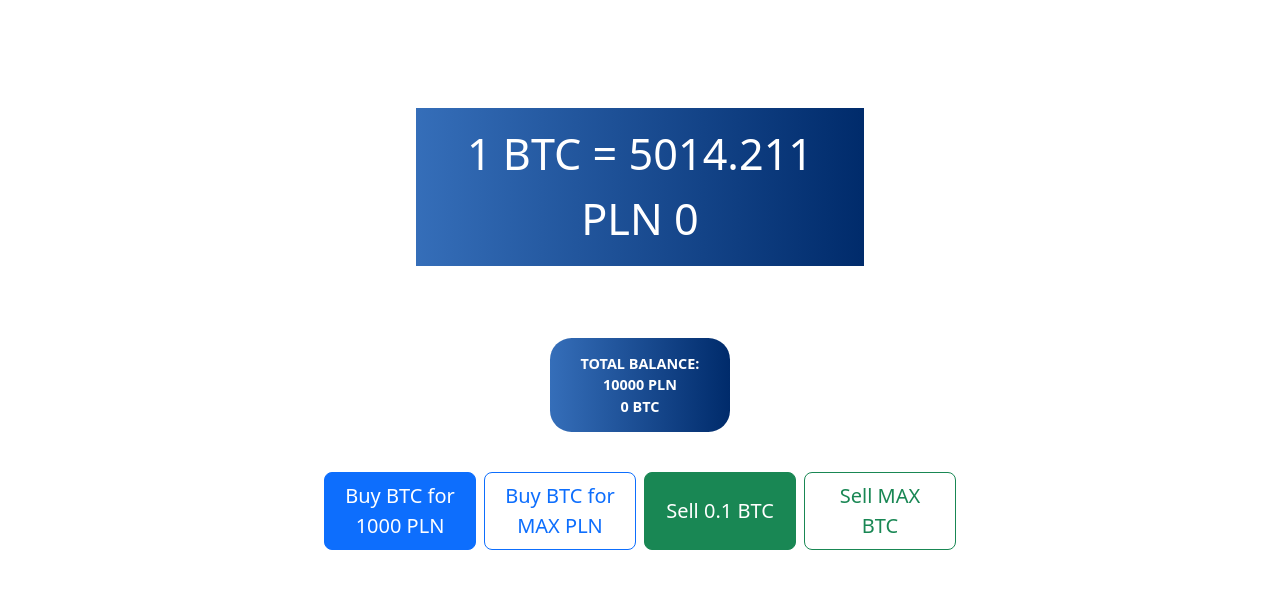
Repository: michalgornicki/bitcoin-virtual
Page: /
An editor plug-in stored every save of this project. The page is shown before and after the next save, followed by the edit.
The browser window is 1280 px wide. The pictures show the whole page.
The project was rebuilt for these pictures with package versions that can differ from the ones it lists, and the page was loaded fresh each time.

Above is the page before, as saved 2021-12-05 23:16:31.

### src/App.jsx
import React, { useState, useEffect } from "react";
import "./App.css";
import Button from "react-bootstrap/Button";
import "bootstrap/dist/css/bootstrap.min.css";

function App() {
  const [bitcoinPrice, setBitcoinPrice] = useState(5000);
  const [accountPLN, setAccountPLN] = useState(10000);
  const [accountBTC, setAccountBTC] = useState(0);
  const [change, setChange] = useState(5000);


  useEffect(() => {
    bitcoin();
    percent();
  }, []);

  const bitcoin = () => {
    let randomNumber = parseFloat((Math.random() * 20 - 10).toFixed(3));
    setBitcoinPrice((bitcoinPrice) =>
      parseFloat((bitcoinPrice + randomNumber).toFixed(3))
    );
    console.log(bitcoinPrice);
    setTimeout(bitcoin, 1000);
  };

  const percent = () => {
    setChange(change - bitcoinPrice);
    setTimeout(percent, 1000);
  }

  const buyBitcoin = () => {
    if (accountPLN >= 1000) {
      setAccountPLN(accountPLN - 1000);
      setAccountBTC((accountBTC) =>
        parseFloat((accountBTC + 1000 / bitcoinPrice).toFixed(6))
      );
      console.log(accountBTC);
    } else {
      setAccountPLN(0);
      setAccountBTC((accountBTC) =>
        parseFloat((accountBTC + accountPLN / bitcoinPrice).toFixed(6))
      );
    }
  };

  const buyMAXBitcoin = () => {
      setAccountPLN(0);
      setAccountBTC((accountBTC) =>
        parseFloat((accountBTC + accountPLN/bitcoinPrice).toFixed(6))
      );
      console.log(accountBTC);
  };

  const sellBitcoin = () => {
    if (accountBTC >= 0.1) {
      setAccountPLN(parseFloat((accountPLN + bitcoinPrice / 10).toFixed(6)));
      setAccountBTC((accountBTC) => parseFloat((accountBTC - 0.1).toFixed(6)));
      console.log(accountBTC);
    } else {
      setAccountPLN(
        parseFloat((accountPLN + bitcoinPrice * accountBTC).toFixed(6))
      );
      setAccountBTC((accountBTC) => parseFloat((0).toFixed(6)));
    }
  };

  const sellMAXBitcoin = () => {
      setAccountPLN(parseFloat((accountPLN + bitcoinPrice*accountBTC).toFixed(6)));
      setAccountBTC(0);
      console.log(accountBTC);
  };


  return (
    <div className="wrapper">
      <div className="price">1 BTC = {bitcoinPrice} PLN {change}</div>
      <div className="account-container">
        <div className="account">TOTAL BALANCE:</div>
        <div className="account">{accountPLN} PLN</div>
        <div className="account">{accountBTC} BTC</div>
      </div>

      <div className="button-container w-50 m-auto">
        <Button variant="primary m-1 btn-lg w-50" onClick={buyBitcoin}>
          Buy BTC for 1000 PLN
        </Button>
        <Button variant="outline-primary m-1 btn-lg w-50" onClick={buyMAXBitcoin}>
          Buy BTC for MAX PLN
        </Button>
        <Button variant="success m-1 btn-lg w-50" onClick={sellBitcoin}>
          Sell 0.1 BTC
        </Button>
        <Button variant="outline-success m-1 btn-lg w-50" onClick={sellMAXBitcoin}>
          Sell MAX BTC
        </Button>
      </div>
    </div>
  );
}

export default App;

### src/App.css

body{
    font-family:'Segoe UI', Tahoma, Geneva, Verdana, sans-serif;
    user-select: none;
}

.wrapper{
    display: block;
    margin: auto;
}

.price{
    font-size: 6vmin;
    display: block;
    margin: auto;
    margin-top: 15vmin;
    padding: 2vmin;
    text-align: center;
    width: 35%;
    color: rgb(255, 255, 255);
    background: linear-gradient(to left, rgb(0, 43, 107), rgb(53, 110, 185));

}

.account-container{
    display: block;
    margin: auto;
    margin-top: 10vmin;
    margin-bottom: 5vmin;
    background: linear-gradient(to left, rgb(0, 43, 107), rgb(53, 110, 185));
    color: white;
    padding: 2vmin;
    border-radius: 3vmin;
    width: 14%;
}

.account{
    font-size: 2vmin;
    font-weight: 600;
    display: block;
    margin: auto;
    text-align: center;
}

.button-container{
    display: flex;
    justify-content: center;
}

.button{
    height: 10vmin;
    width: 10vmin;
    background-color: green;
    color: white;
    text-align: center;
    display: block;
    margin: 2vmin;
    margin-top: 10vmin;
    cursor: pointer;
}

Loaded but not shown: public/index.html (common file); src/index.js (common file); src/index.css (common file); src/reportWebVitals.js (common file)

After the next save:
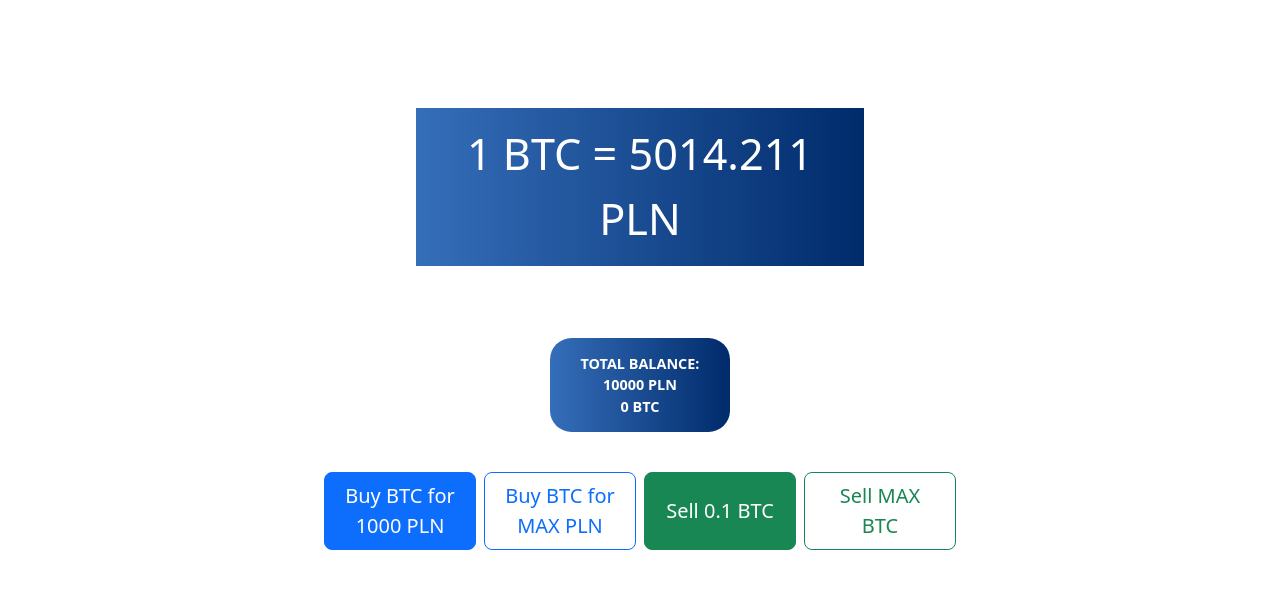
Saved 31 s later.
--- a/src/App.jsx
+++ b/src/App.jsx
@@ -74,7 +74,7 @@
 
   return (
     <div className="wrapper">
-      <div className="price">1 BTC = {bitcoinPrice} PLN {change}</div>
+      <div className="price">1 BTC = {bitcoinPrice} PLN </div>
       <div className="account-container">
         <div className="account">TOTAL BALANCE:</div>
         <div className="account">{accountPLN} PLN</div>
